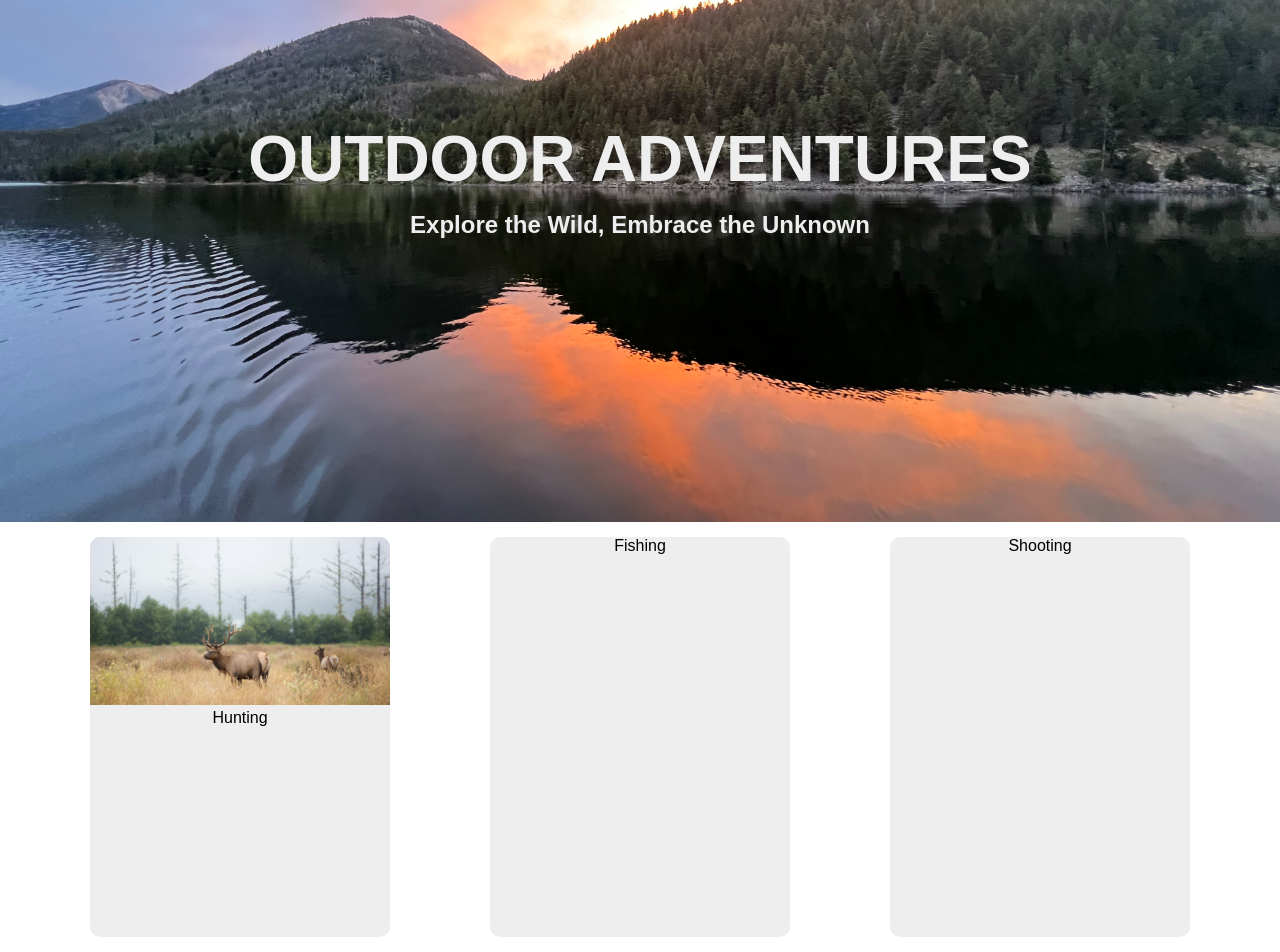
Repository: iforgotmylogin/WebDesignFinal
Page: index.html
These files come from the project's save history. The page is drawn as it stood at one moment and after the next save; the edit follows.
The browser window is 1280 px wide. The pictures show the part of the page from y = 290 to 1242 px (the page is 1242 px tall).
A picture or video elsewhere on the page could not be fetched, so the positions and the page height are approximate.

Above is the page before, as saved 2024-04-07 18:10:15.

After the next save:
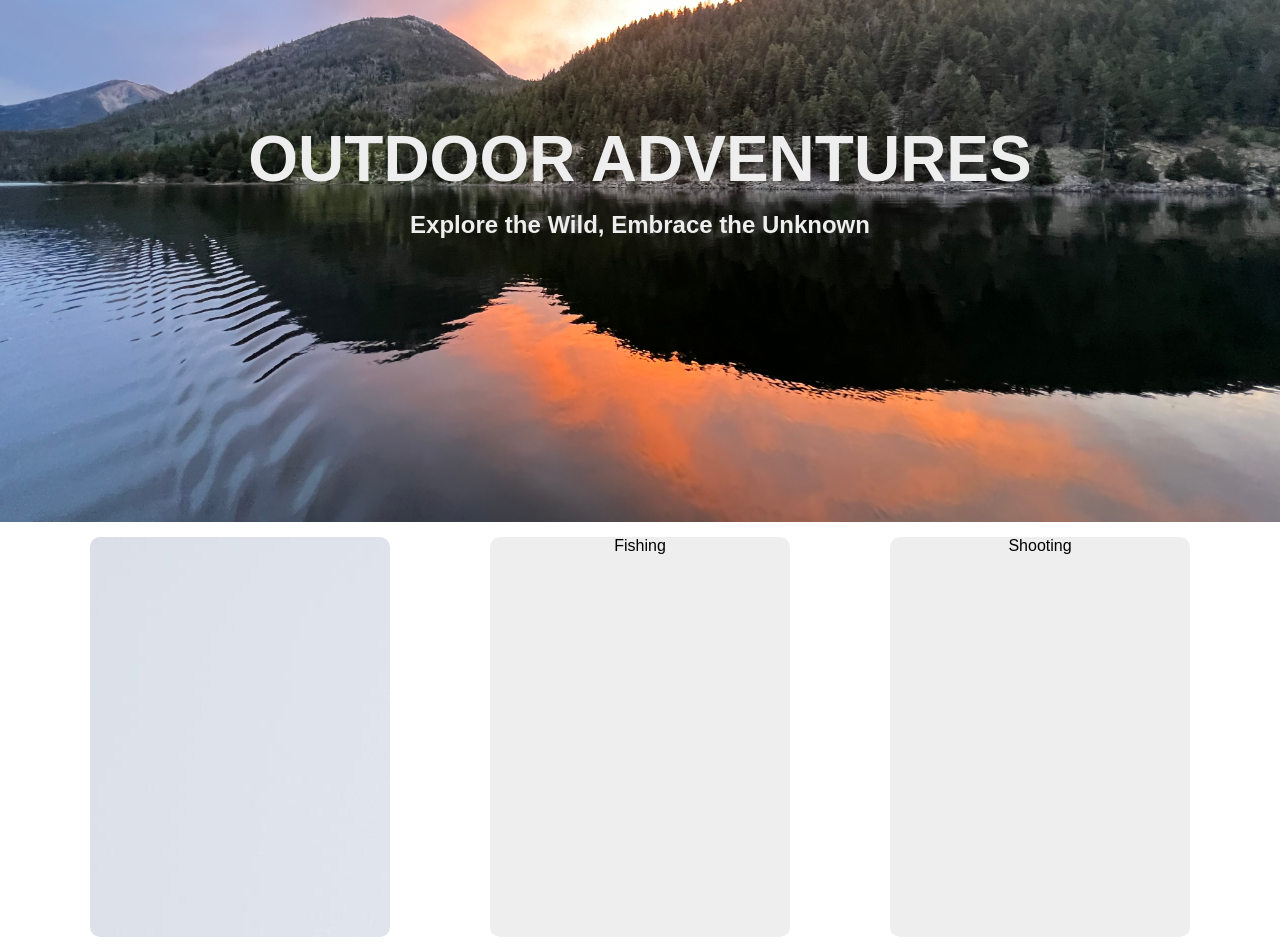
Saved 30 s later.
--- a/css/homepage.css
+++ b/css/homepage.css
@@ -1,4 +1,6 @@
-body{
+*{
+    margin:0;
+    padding:0;
 }
 .container{
     position:relative;
@@ -22,6 +24,6 @@
     border-radius: 10px;
 }
 .Hunting img{
-    width: 100%;
+    width: 100;
 
 }

After the save that followed:
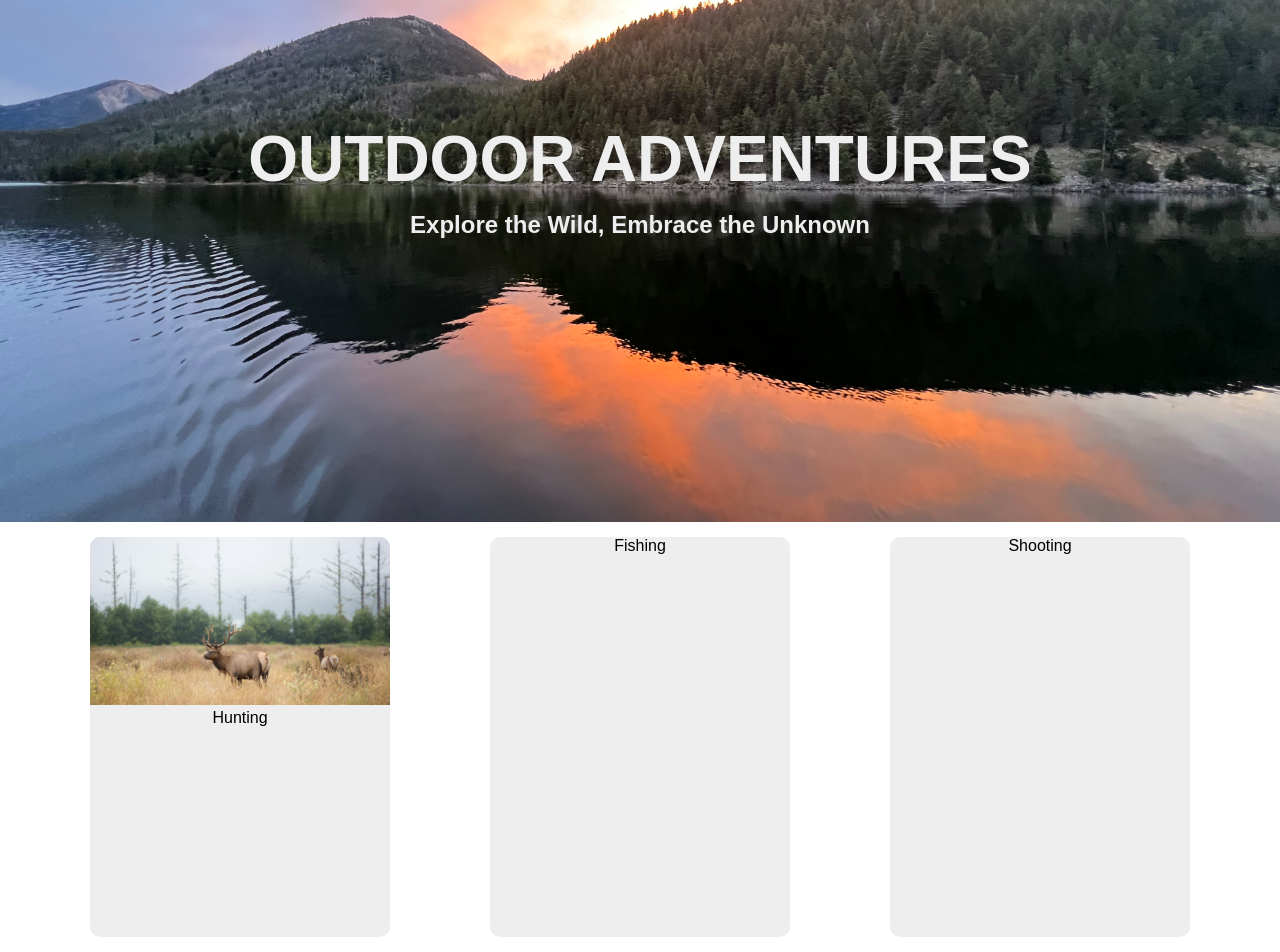
Saved 2 min 5 s later.
--- a/css/homepage.css
+++ b/css/homepage.css
@@ -24,6 +24,6 @@
     border-radius: 10px;
 }
 .Hunting img{
-    width: 100;
+    width: 100%;
 
 }
